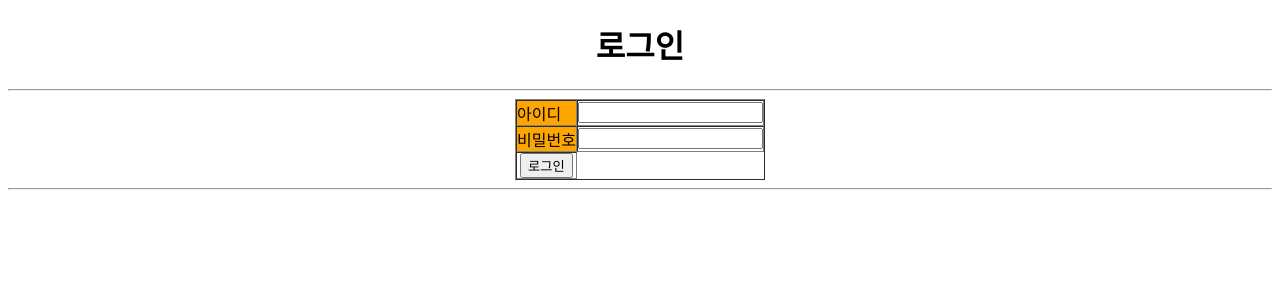
Repository: yeeeeeeer/Spring
Page: http://localhost/BoardWeb/login.jsp
These files come from the project's save history. The page is drawn as it stood at one moment and after the next save; the edit follows.
The browser window is 1280 px wide. The pictures show the whole page.
The page is served by Tomcat 9. Other server files are loaded and not shown.

Above is the page before, as saved 2024-07-15 03:16:04.

### BoardWeb/src/main/webapp/login.jsp
<%@ page language="java" contentType="text/html; charset=UTF-8"
	pageEncoding="UTF-8"%>
<!DOCTYPE html>
<html>
<head>
<meta charset="UTF-8">
<title>Insert title here</title>
</head>
<body>

	<center>
		<h1>로그인</h1>
		<hr>
		<form action="login.do" method="post">
			<table border="1" cellpadding="0" cellspacing="0">
				<tr>
					<td bgcolor="orange">아이디</td>
					<td><input type="text" name="id" /></td>
				</tr>
				<tr>
					<td bgcolor="orange">비밀번호</td>
					<td><input type="password" name="password" /></td>
				</tr>
				<tr>
					<td colespan="2" align="center"><input type="submit" value="로그인" /></td>
				</tr>
			</table>
		</form>
		<hr>
	</center>

</body>
</html>

After the next save:
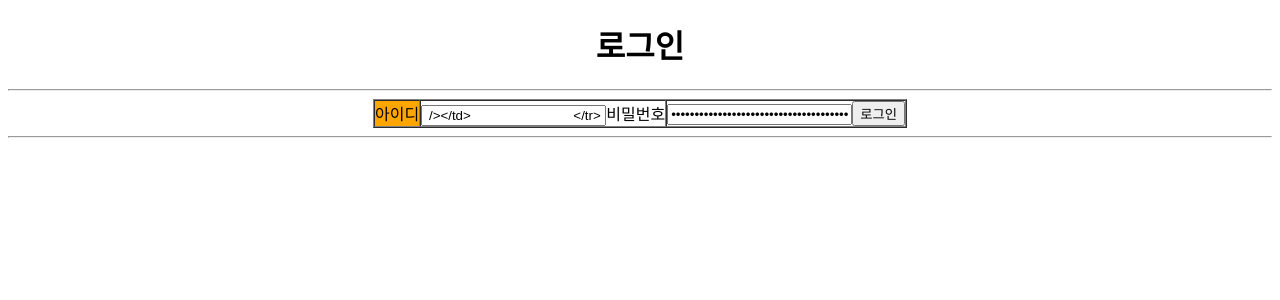
Saved 97 s later.
--- a/BoardWeb/src/main/webapp/login.jsp
+++ b/BoardWeb/src/main/webapp/login.jsp
@@ -15,11 +15,11 @@
 			<table border="1" cellpadding="0" cellspacing="0">
 				<tr>
 					<td bgcolor="orange">아이디</td>
-					<td><input type="text" name="id" /></td>
+					<td><input type="text" name="id" value="${ userVO.id } /></td>
 				</tr>
 				<tr>
 					<td bgcolor="orange">비밀번호</td>
-					<td><input type="password" name="password" /></td>
+					<td><input type="password" name="password" value="${ userVO.password }/></td>
 				</tr>
 				<tr>
 					<td colespan="2" align="center"><input type="submit" value="로그인" /></td>
